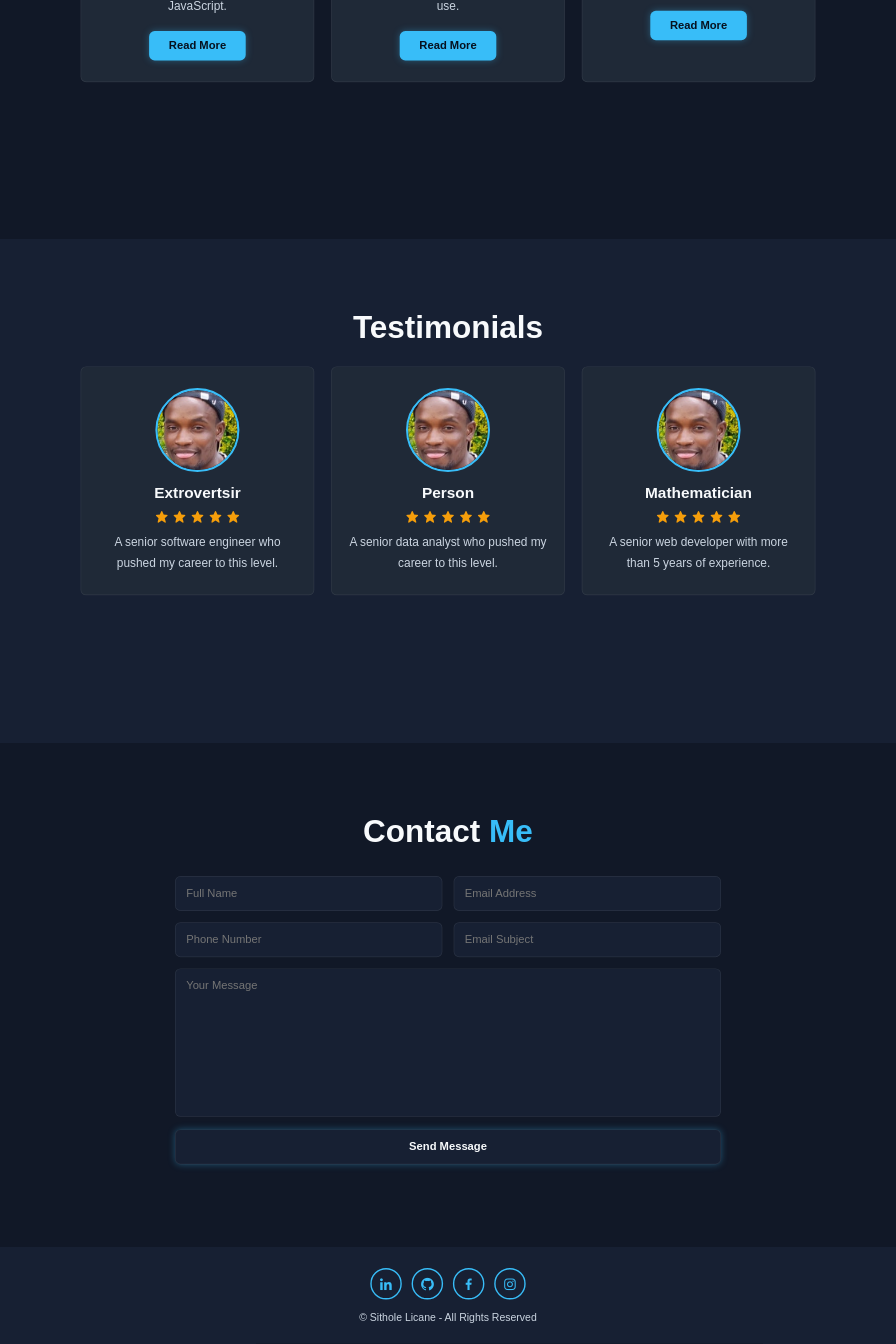
Repository: sitholelicane/myportfolio
Page: myweb.html
An editor plug-in stored every save of this project. The page is shown before and after the next save, followed by the edit.
The browser window is 1280 px wide. The pictures show the part of the page from y = 1818 to 3738 px (the page is 3738 px tall), at 70% of full size.
Some web libraries are served in a nearby version.

Above is the page before, as saved 2026-05-16 22:22:33.

After the next save:
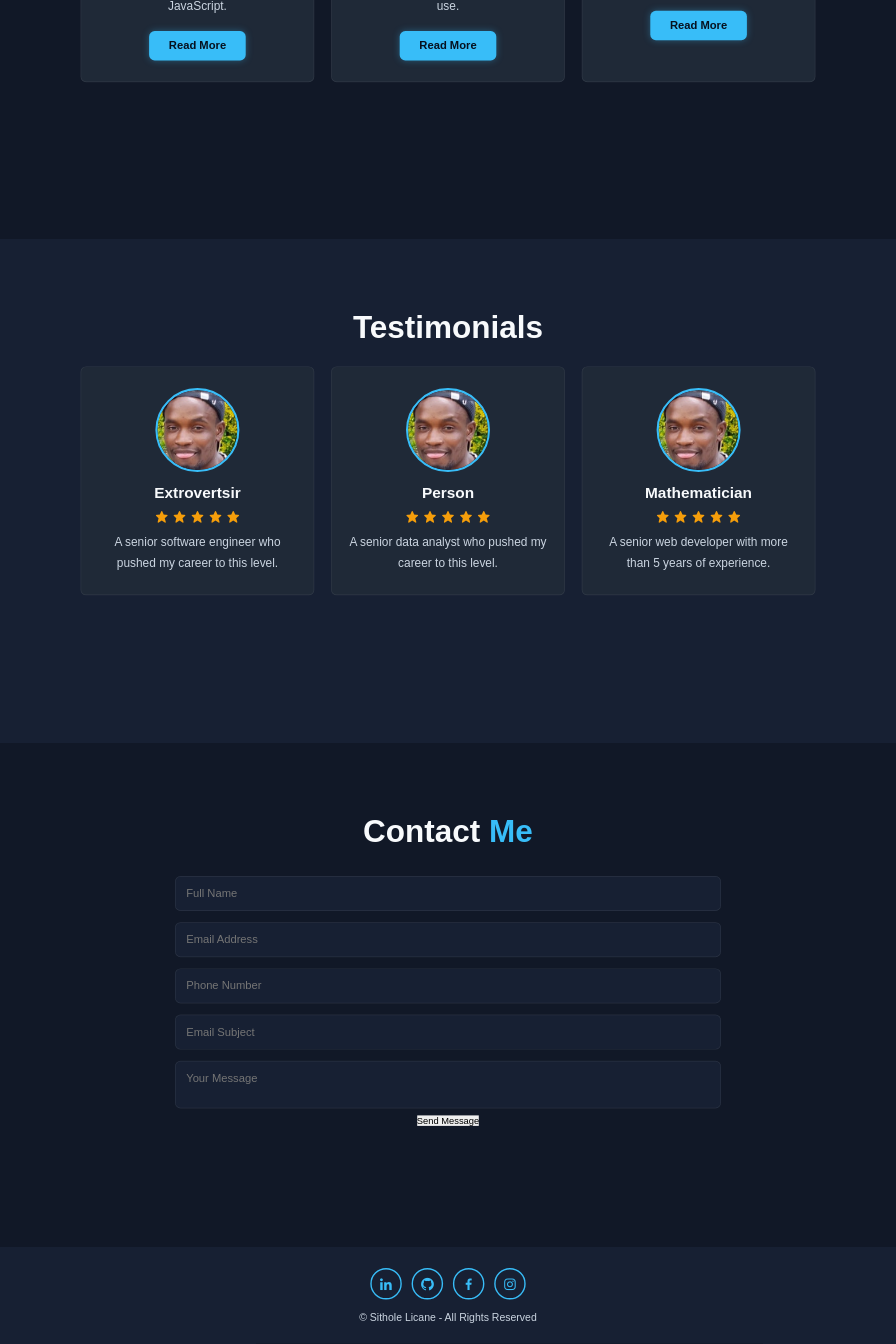
Saved 15 min 51 s later.
--- a/myweb.html
+++ b/myweb.html
@@ -136,18 +136,15 @@
     <section class="contact" id="contact">
         <h2 class="heading">Contact <span>Me</span></h2>
 
-        <form action="#">
-            <div class="input-box">
-                <input type="text" placeholder="Full Name" required>
-                <input type="email" placeholder="Email Address" required>
-            </div>
-            <div class="input-box">
-                <input type="tel" placeholder="Phone Number">
-                <input type="text" placeholder="Email Subject">
-            </div>
-            <textarea name="message" cols="30" rows="10" placeholder="Your Message" required></textarea>
-            <input type="submit" value="Send Message" class="btn">
-        </form>
+    <form action="contact.php" method="POST">
+        <input type="text" name="name" placeholder="Full Name" required>
+        <input type="email" name="email" placeholder="Email Address" required>
+        <input type="text" name="phone" placeholder="Phone Number">
+        <input type="text" name="subject" placeholder="Email Subject">
+        <textarea name="message" placeholder="Your Message" required></textarea>
+
+         <button type="submit">Send Message</button>
+    </form>
     </section>
 
     <footer class="footer">
